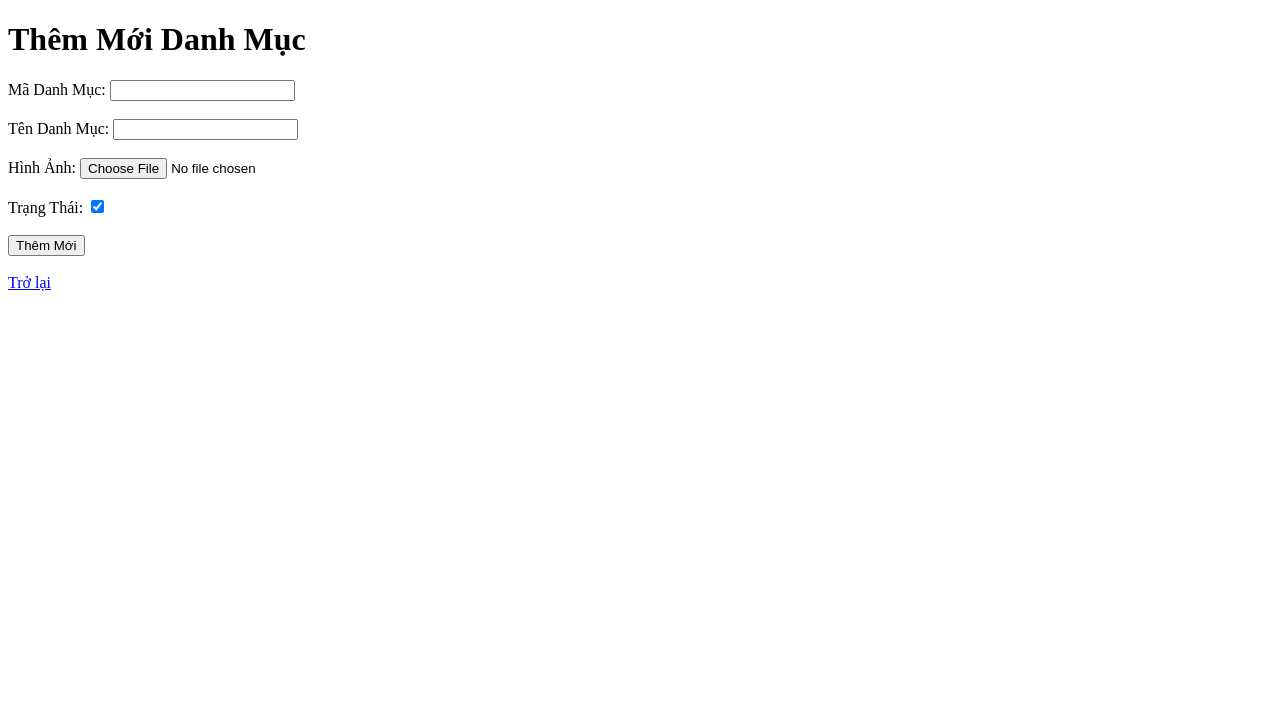
Repository: minhnhutZzz/BaiTap_LTWeb_New
Page: http://localhost/JPA/views/admin/add.jsp
These files come from the project's save history. The page is drawn as it stood at one moment and after the next save; the edit follows.
The browser window is 1280 px wide. The pictures show the whole page.
The page is served by Tomcat 10. Nobody is signed in. The application's start-up code is not run. Other server files are loaded and not shown.

Above is the page before, as saved 2025-09-05 18:08:17.

### JPA/src/main/webapp/views/admin/add.jsp
<%@ page language="java" contentType="text/html; charset=UTF-8"
    pageEncoding="UTF-8"%>
<%@ taglib prefix="c" uri="jakarta.tags.core"%>

<!DOCTYPE html>
<html lang="en">
<head>
    <meta charset="UTF-8">
    <meta name="viewport" content="width=device-width, initial-scale=1.0">
    <title>Thêm Danh Mục</title>
</head>
<body>
    <h1>Thêm Mới Danh Mục</h1>
    <form action="${pageContext.request.contextPath}/admin-category/create" method="post" enctype="multipart/form-data">
        <label for="categorycode">Mã Danh Mục:</label>
        <input type="text" id="categorycode" name="categorycode" required/><br><br>

        <label for="categoryname">Tên Danh Mục:</label>
        <input type="text" id="categoryname" name="categoryname" required/><br><br>

        <label for="images">Hình Ảnh:</label>
        <input type="file" id="images" name="images"/><br><br>

        <label for="status">Trạng Thái:</label>
        <input type="checkbox" id="status" name="status" checked/><br><br>

        <button type="submit">Thêm Mới</button>
    </form>

    <br>
    <a href="${pageContext.request.contextPath}/admin-category">Trở lại</a>
</body>
</html>

After the next save:
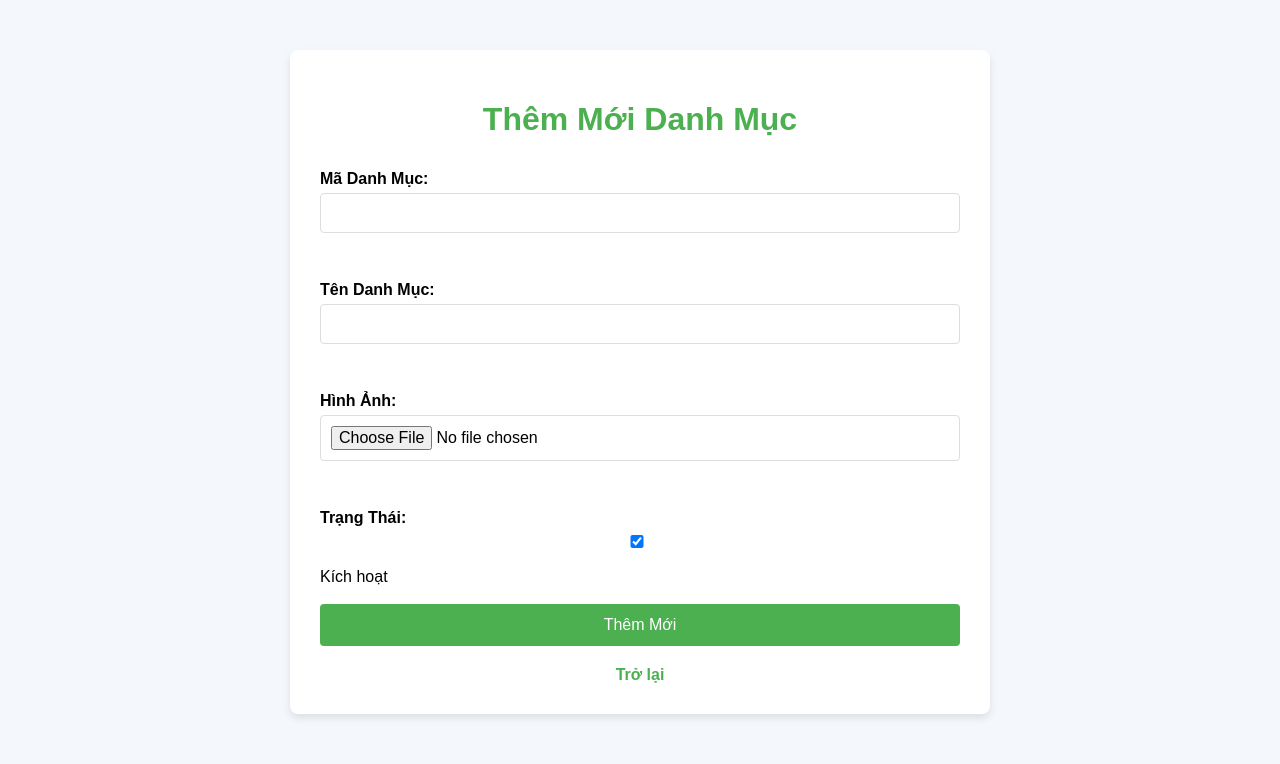
Saved 95 s later.
--- a/JPA/src/main/webapp/views/admin/add.jsp
+++ b/JPA/src/main/webapp/views/admin/add.jsp
@@ -8,26 +8,106 @@
     <meta charset="UTF-8">
     <meta name="viewport" content="width=device-width, initial-scale=1.0">
     <title>Thêm Danh Mục</title>
+    <!-- Link đến file CSS để cải thiện giao diện -->
+    <style>
+        body {
+            font-family: Arial, sans-serif;
+            background-color: #f4f7fc;
+            margin: 0;
+            padding: 0;
+        }
+
+        .container {
+            width: 50%;
+            margin: 50px auto;
+            padding: 30px;
+            background-color: white;
+            border-radius: 8px;
+            box-shadow: 0 4px 8px rgba(0, 0, 0, 0.1);
+        }
+
+        h1 {
+            text-align: center;
+            color: #4CAF50;
+        }
+
+        form {
+            display: flex;
+            flex-direction: column;
+        }
+
+        label {
+            margin: 10px 0 5px;
+            font-weight: bold;
+        }
+
+        input[type="text"], input[type="file"], input[type="checkbox"] {
+            padding: 10px;
+            margin-bottom: 20px;
+            border: 1px solid #ddd;
+            border-radius: 4px;
+            font-size: 16px;
+        }
+
+        input[type="checkbox"] {
+            width: auto;
+            margin-right: 10px;
+        }
+
+        button {
+            padding: 12px 20px;
+            background-color: #4CAF50;
+            color: white;
+            border: none;
+            border-radius: 4px;
+            cursor: pointer;
+            font-size: 16px;
+        }
+
+        button:hover {
+            background-color: #45a049;
+        }
+
+        .back-link {
+            display: block;
+            text-align: center;
+            margin-top: 20px;
+            font-size: 16px;
+        }
+
+        .back-link a {
+            text-decoration: none;
+            color: #4CAF50;
+            font-weight: bold;
+        }
+
+        .back-link a:hover {
+            color: #388e3c;
+        }
+    </style>
 </head>
 <body>
-    <h1>Thêm Mới Danh Mục</h1>
-    <form action="${pageContext.request.contextPath}/admin-category/create" method="post" enctype="multipart/form-data">
-        <label for="categorycode">Mã Danh Mục:</label>
-        <input type="text" id="categorycode" name="categorycode" required/><br><br>
+    <div class="container">
+        <h1>Thêm Mới Danh Mục</h1>
+        <form action="${pageContext.request.contextPath}/admin-category/create" method="post" enctype="multipart/form-data">
+            <label for="categorycode">Mã Danh Mục:</label>
+            <input type="text" id="categorycode" name="categorycode" required/><br>
 
-        <label for="categoryname">Tên Danh Mục:</label>
-        <input type="text" id="categoryname" name="categoryname" required/><br><br>
+            <label for="categoryname">Tên Danh Mục:</label>
+            <input type="text" id="categoryname" name="categoryname" required/><br>
 
-        <label for="images">Hình Ảnh:</label>
-        <input type="file" id="images" name="images"/><br><br>
+            <label for="images">Hình Ảnh:</label>
+            <input type="file" id="images" name="images"/><br>
 
-        <label for="status">Trạng Thái:</label>
-        <input type="checkbox" id="status" name="status" checked/><br><br>
+            <label for="status">Trạng Thái:</label>
+            <input type="checkbox" id="status" name="status" checked/> Kích hoạt<br><br>
 
-        <button type="submit">Thêm Mới</button>
-    </form>
+            <button type="submit">Thêm Mới</button>
+        </form>
 
-    <br>
-    <a href="${pageContext.request.contextPath}/admin-category">Trở lại</a>
+        <div class="back-link">
+            <a href="${pageContext.request.contextPath}/admin-category">Trở lại</a>
+        </div>
+    </div>
 </body>
 </html>
